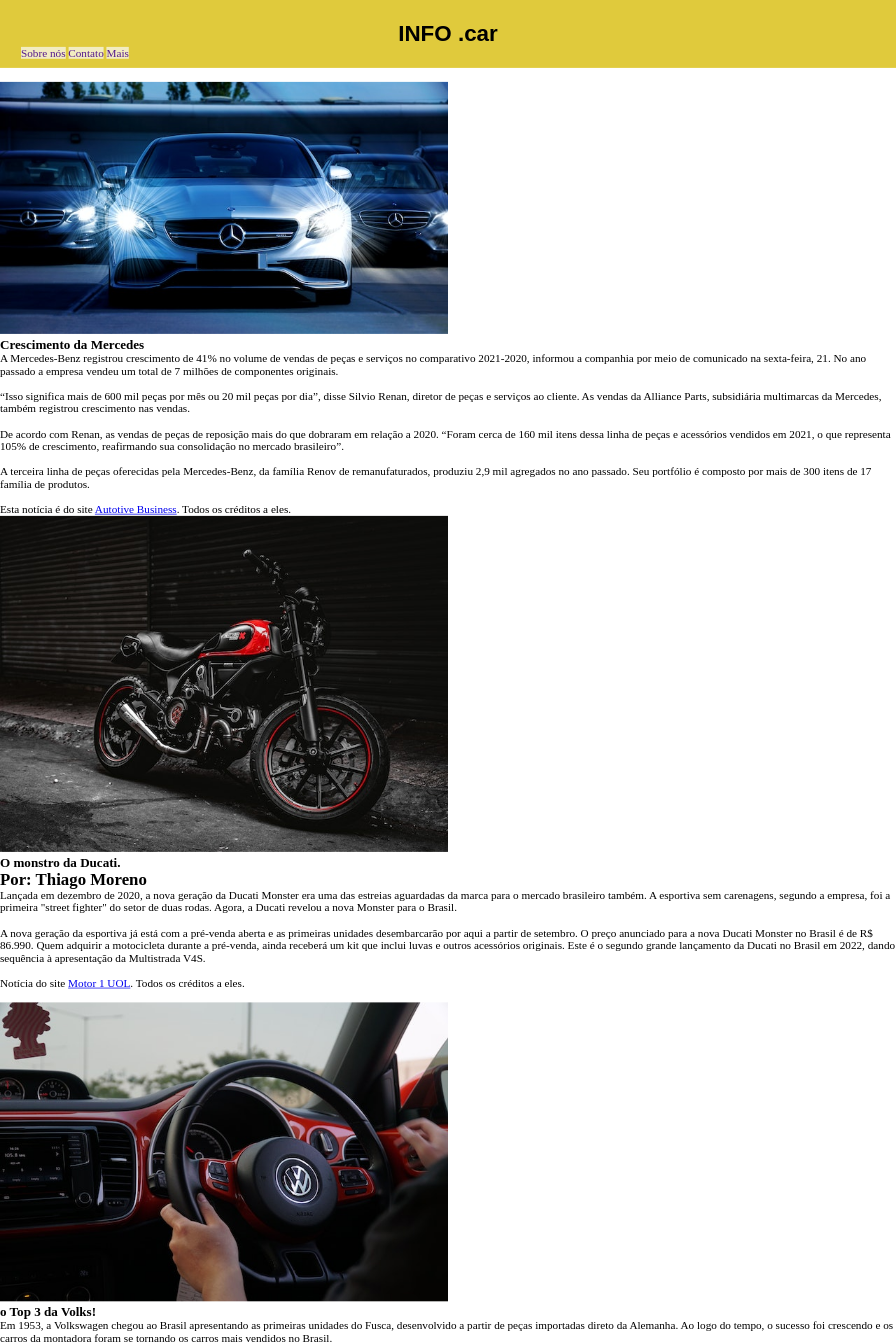
Repository: Leonngc/projeto-info.car
Page: index.html
The author's editor kept a copy of each file at every save. The page is drawn from the files as they stood at one save, then again after the next save.
The browser window is 1280 px wide. The pictures show the part of the page from y = 0 to 1920 px (the page is 3310 px tall before and 3307 px after), at 70% of full size.
Some web fonts or font styles are not loaded; a fallback is used.

Above is the page before, as saved 2022-10-30 12:38:41.

After the next save:
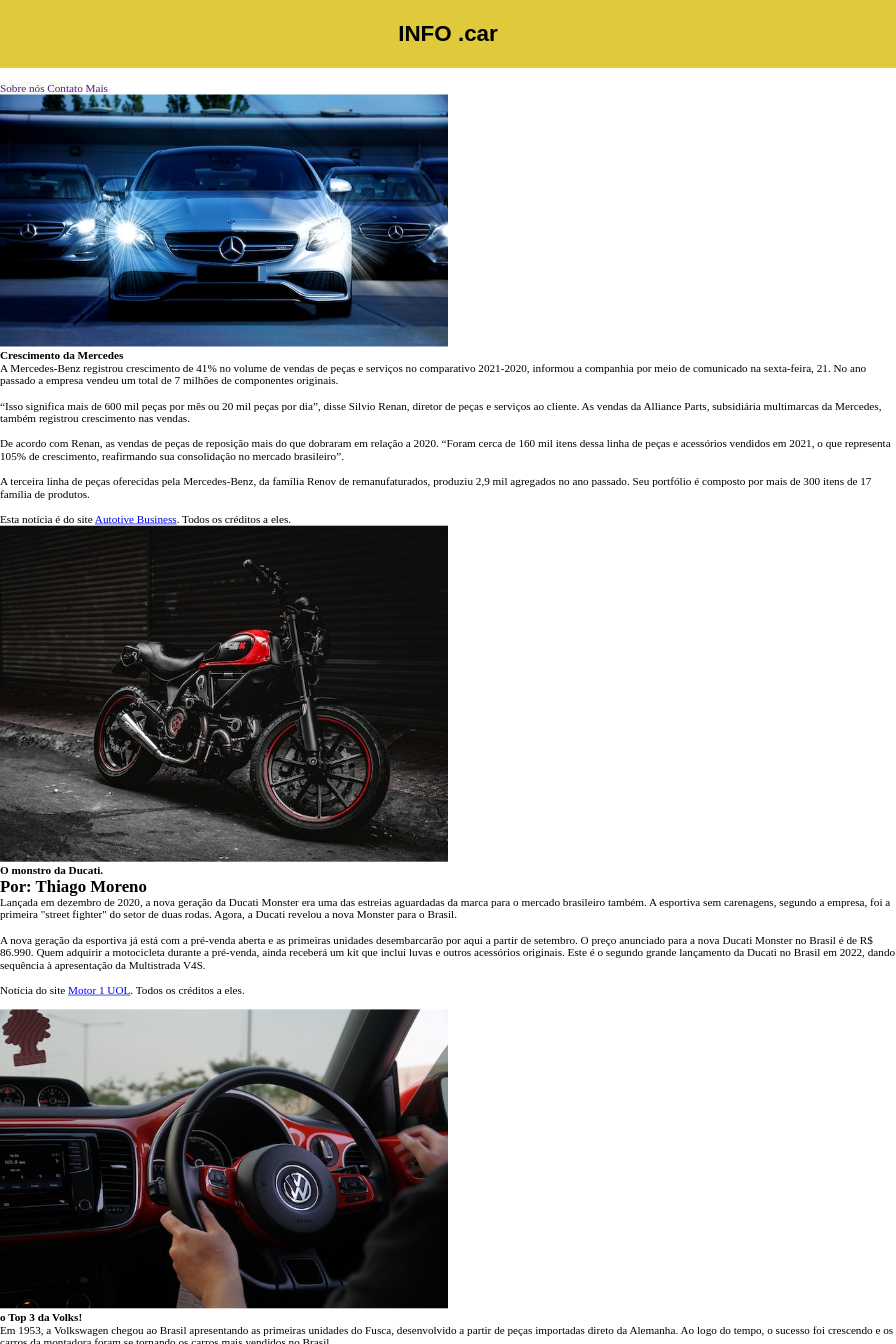
Saved 88 s later.
--- a/index.html
+++ b/index.html
@@ -12,15 +12,15 @@
 <body>
     <header>
         <h1 class="title">INFO .car</h1>
+
+
+        </section>
+    </header>
         <section id="section-buttons">
 
             <a href="" class="menu-link">Sobre nós</a>
             <a href="" class="menu-link">Contato</a>
             <a href="" class="menu-link">Mais</a>
-
-        </section>
-    </header>
-
     <main>
         <section>
 

After the 5 saves that followed:
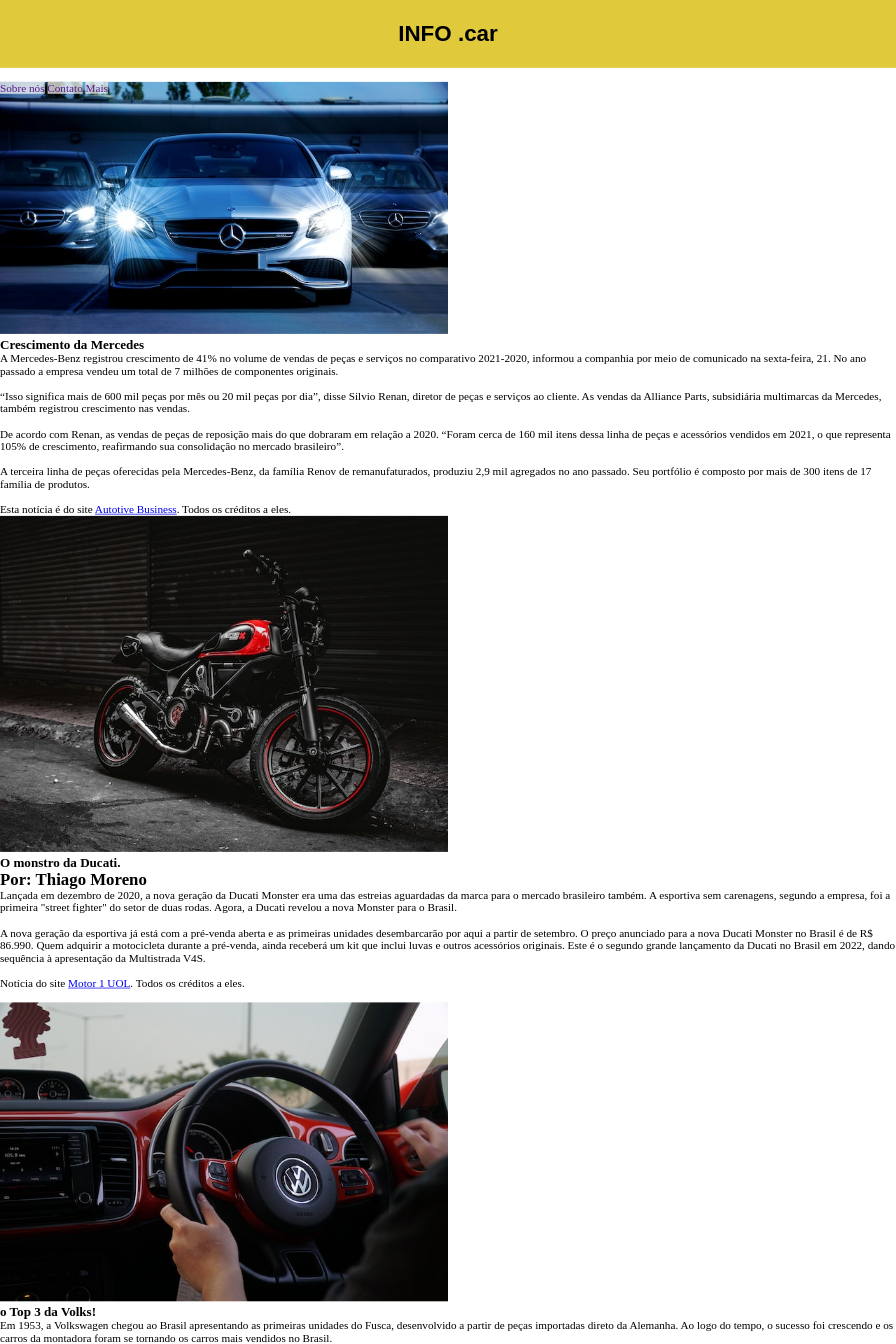
The 5 saves are shown as one change because 2 left the picture as it was and some came seconds apart.
The last was saved 21 s later.
--- a/index.html
+++ b/index.html
@@ -14,13 +14,13 @@
         <h1 class="title">INFO .car</h1>
 
 
-        </section>
+
     </header>
-        <section id="section-buttons">
-
+        <nav id="section-buttons">
             <a href="" class="menu-link">Sobre nós</a>
             <a href="" class="menu-link">Contato</a>
             <a href="" class="menu-link">Mais</a>
+        </nav>
     <main>
         <section>
 
